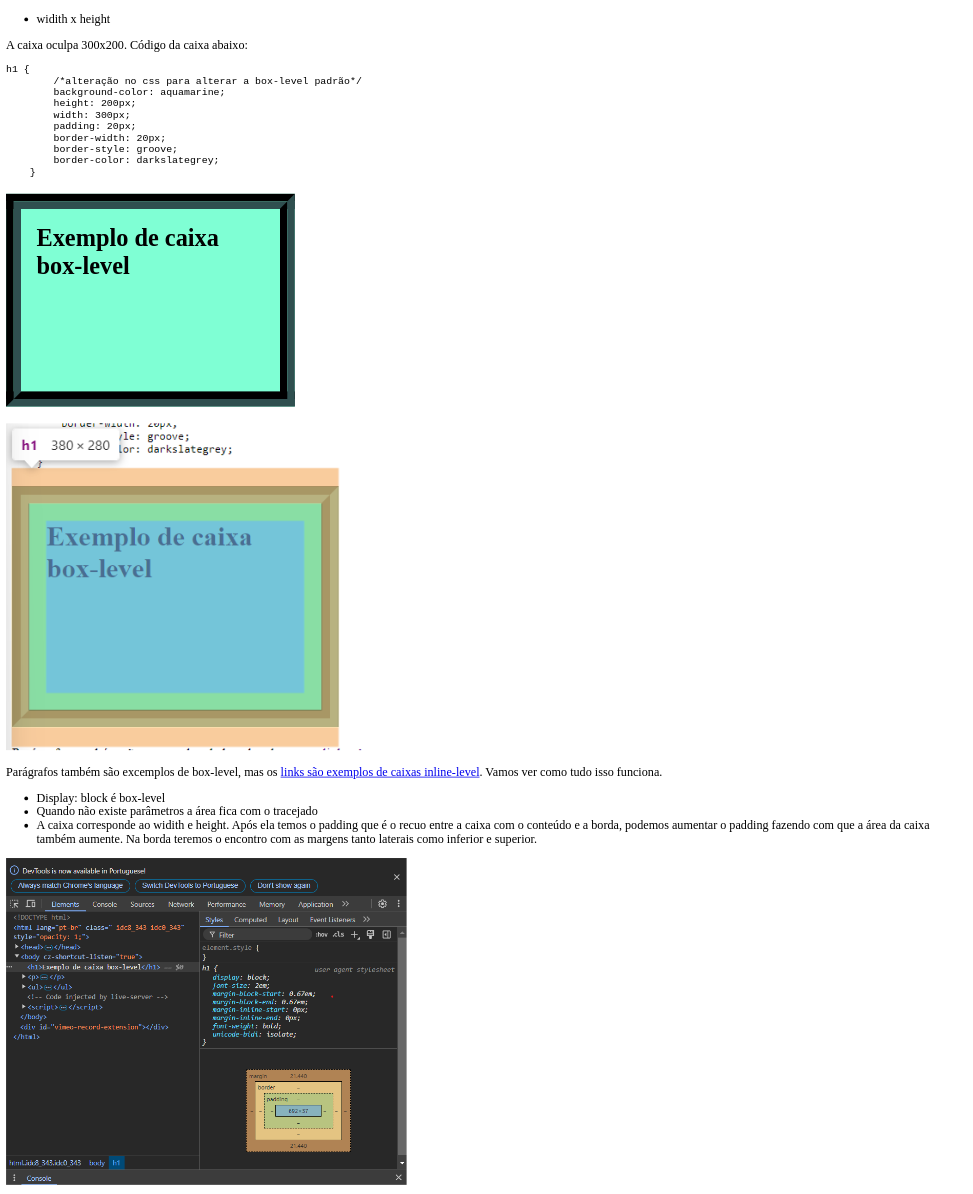
Repository: Willcmorais/vscode-workspace
Page: html-css/curso-em-video/modulo02/estudos/ex026-caixas/caixa01.html
An editor plug-in stored every save of this project. The page is shown before and after a run of saves, followed by the edit.
The browser window is 1280 px wide. The pictures show the whole page, at 76% of full size.

Above is the page before, as saved 2024-09-24 10:44:40.

After the next 23 saves:
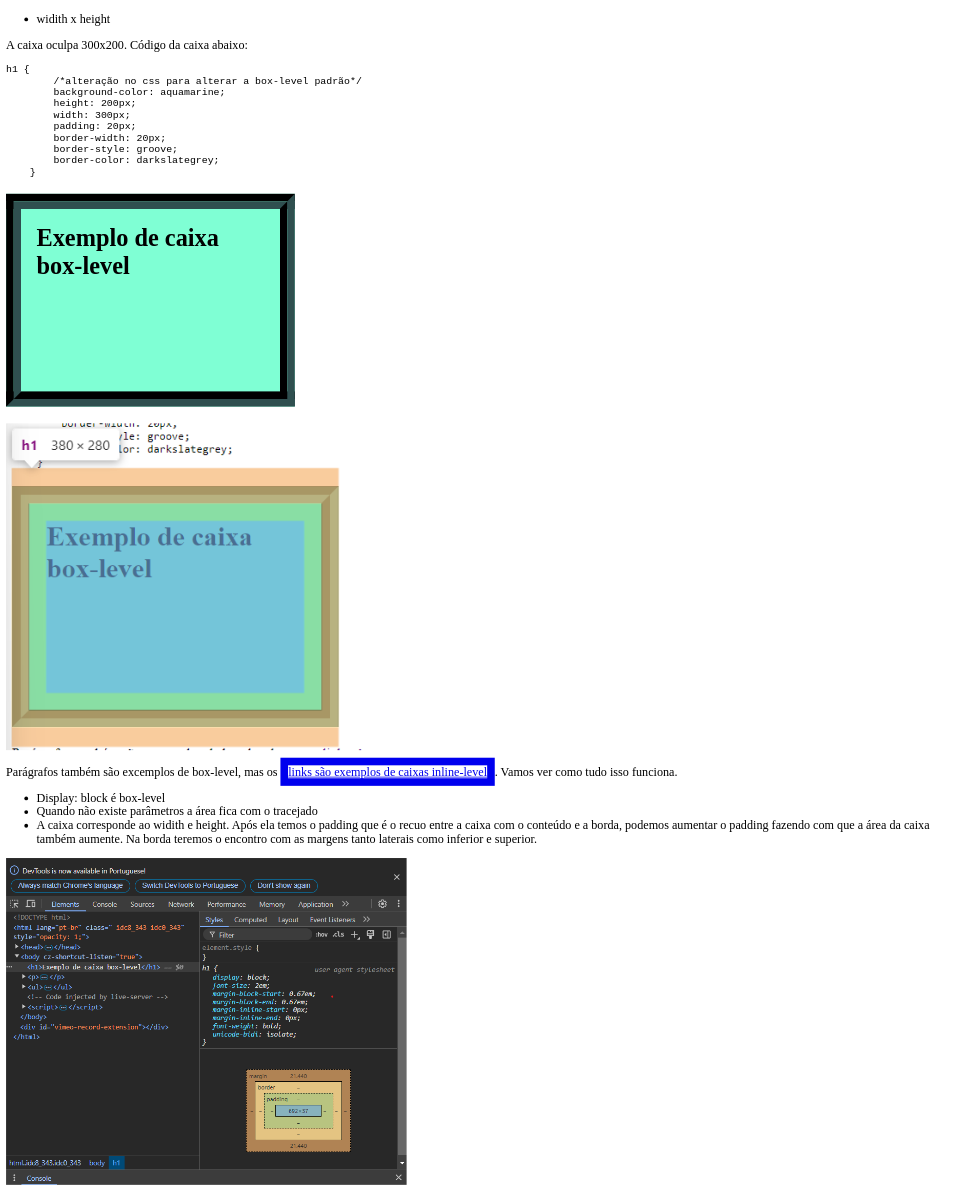
The 23 saves are shown as one change because they came seconds apart.
The last was saved 29 s later.
--- a/html-css/curso-em-video/modulo02/estudos/ex026-caixas/style.css
+++ b/html-css/curso-em-video/modulo02/estudos/ex026-caixas/style.css
@@ -11,7 +11,10 @@ h1 {
     border-color: darkslategrey;
 }
 
-a {border
+a {
+    border-width: 10px;
+    border-style: solid;
+    border-color:;
 }
 
 img {
